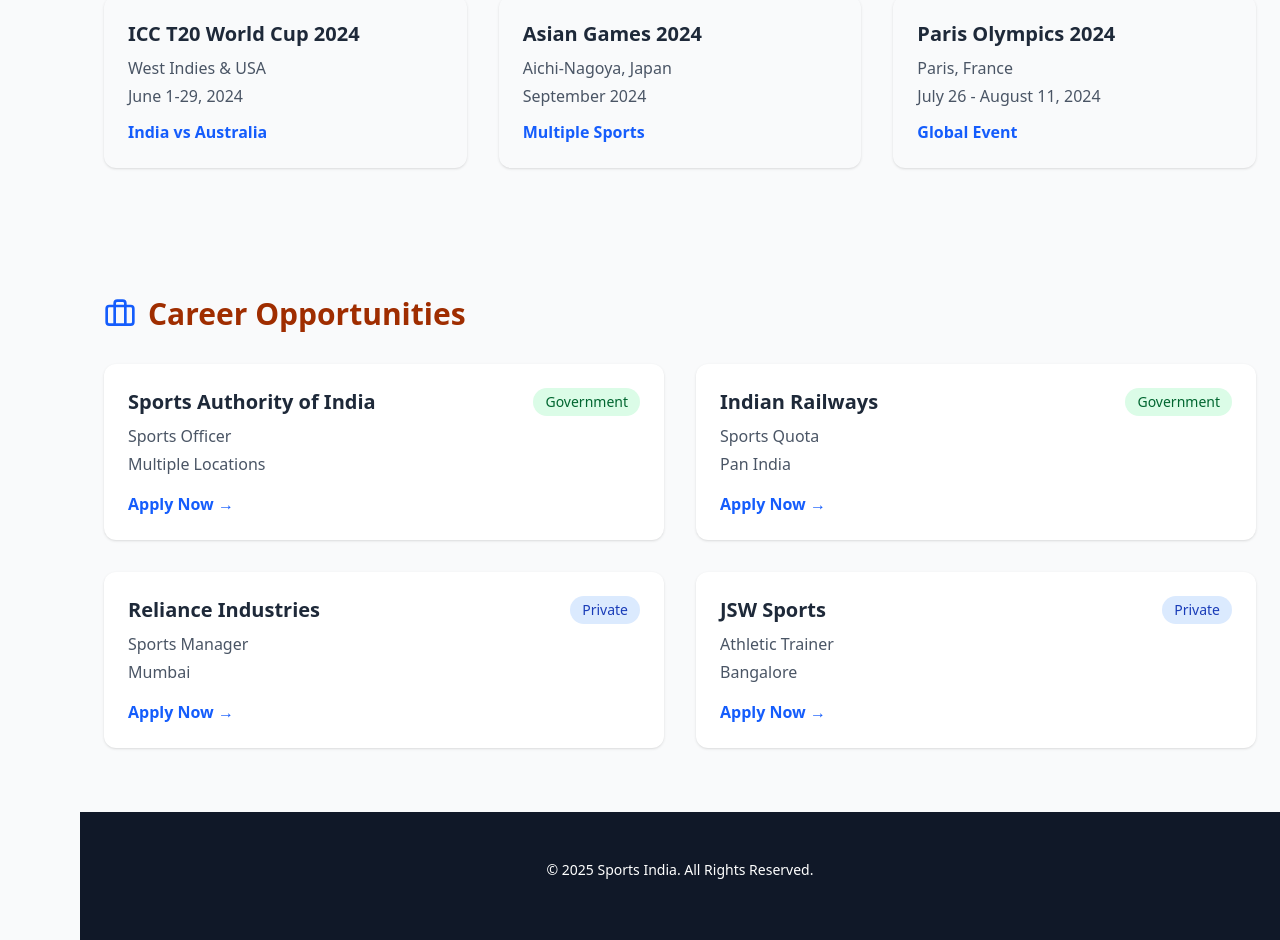
Repository: Shovon0004/Athlete
Page: / (app in Athlete/), after clicking the first element matching `button.hover\:bg-orange-700`
An editor plug-in stored every save of this project. The page is shown before and after the next save, followed by the edit.
The browser window is 1280 px wide. The pictures show the part of the page from y = 736 to 1688 px (the page is 1676 px tall before and 1688 px after).
The page's requests for data from a server got no answer. The project was rebuilt for these pictures with package versions that can differ from the ones it lists, and the page was loaded fresh each time. No one was signed in, and anything a server would have sent is missing. Also part of the build but not shown: Athlete/vite.config.js.

Above is the page before, as saved 2025-01-26 12:48:26.

### Athlete/src/App.jsx
import { useState } from 'react'
import SideNavbar from './components/SideNavbar'
import HeroPage from './components/HeroPage'

import './App.css'

function App() {


  return (
    <>
      <SideNavbar />
      <HeroPage />
    </>
  )
}

export default App

### Athlete/src/components/SideNavbar.jsx
import React, { useState } from 'react';
import {
  Home,
  User,
  BarChart2,
  Shield,
  DollarSign,
  Menu
} from 'lucide-react';

const SideNavbar = () => {
  const [isExpanded, setIsExpanded] = useState(false);

  const navItems = [
    { icon: Home, label: 'Dashboard', href: '/' },
    { icon: User, label: 'Athletes', href: '/athletes' },
    { icon: BarChart2, label: 'Performance', href: '/performance' },
    { icon: Shield, label: 'Injuries', href: '/injuries' },
    { icon: DollarSign, label: 'Financial', href: '/financial' }
  ];

  return (
    <div
      className={`h-screen bg-gray-900 text-white transition-all duration-300
        ${isExpanded ? 'w-64' : 'w-20'} fixed left-0 top-0 z-50`}
    >
      <div className="flex flex-col h-full">
        {/* Logo & Toggle */}
        <div className="flex items-center justify-between p-4  border-orange-700">
          {isExpanded && (
            <div className="text-xl font-bold">Athlete Hub</div>
          )}
          <button
            onClick={() => setIsExpanded(!isExpanded)}
            className="hover:bg-orange-700 p-2 rounded"
          >
            <Menu />
          </button>
        </div>

        {/* Navigation Items */}
        <nav className="flex-grow mt-4">
          <ul className="space-y-2">
            {navItems.map((item, index) => (
              <li key={index}>
                <a
                  href={item.href}
                  className={`flex items-center p-3 hover:bg-orange-700
                    ${isExpanded ? 'justify-start px-6' : 'justify-center'}`}
                >
                  <item.icon className="mr-4" />
                  {isExpanded && <span>{item.label}</span>}
                </a>
              </li>
            ))}
          </ul>
        </nav>
      </div>
    </div>
  );
};

export default SideNavbar;

### Athlete/src/components/HeroPage.jsx
import React from 'react';
import { ChevronLeft, ChevronRight, Medal, Calendar, Briefcase } from 'lucide-react';
import axios from 'axios';

import SportsPage from './SportsPage';

const schemes = [
  {
    title: "Khelo India Youth Games",
    description: "Supporting young athletes with annual scholarships of ₹5 lakhs",
    image: "https://images.unsplash.com/photo-1461896836934-ffe607ba8211?auto=format&fit=crop&q=80&w=2070"
  },
  {
    title: "Target Olympic Podium Scheme (TOPS)",
    description: "Elite athlete support program for Olympic preparation",
    image: "https://www.manoramayearbook.in/content/dam/yearbook/learn/world/images/2020/mar/Olympics-2021.jpg"
  },
  {
    title: "National Sports Development Fund",
    description: "Financial assistance for sports infrastructure and training",
    image: "https://images.unsplash.com/photo-1517649763962-0c623066013b?auto=format&fit=crop&q=80&w=2070"
  }
];

const upcomingMatches = [
  {
    event: "ICC T20 World Cup 2024",
    location: "West Indies & USA",
    date: "June 1-29, 2024",
    teams: "India vs Australia"
  },
  {
    event: "Asian Games 2024",
    location: "Aichi-Nagoya, Japan",
    date: "September 2024",
    teams: "Multiple Sports"
  },
  {
    event: "Paris Olympics 2024",
    location: "Paris, France",
    date: "July 26 - August 11, 2024",
    teams: "Global Event"
  }
];

const jobOpportunities = [
  {
    company: "Sports Authority of India",
    position: "Sports Officer",
    type: "Government",
    location: "Multiple Locations"
  },
  {
    company: "Indian Railways",
    position: "Sports Quota",
    type: "Government",
    location: "Pan India"
  },
  {
    company: "Reliance Industries",
    position: "Sports Manager",
    type: "Private",
    location: "Mumbai"
  },
  {
    company: "JSW Sports",
    position: "Athletic Trainer",
    type: "Private",
    location: "Bangalore"
  }
];

function HeroPage() {
  const [currentScheme, setCurrentScheme] = React.useState(0);

  const nextScheme = () => {
    setCurrentScheme((prev) => (prev + 1) % schemes.length);
  };

  const prevScheme = () => {
    setCurrentScheme((prev) => (prev - 1 + schemes.length) % schemes.length);
  };


  return (
    <div className="min-h-screen bg-gray-50 pl-20 dark:bg-gray-900">
      {/* Hero Section with Schemes Slider */}
      <div className="relative h-[600px] overflow-hidden">
        <div
          className="absolute inset-0 transition-transform duration-500 ease-in-out"
          style={{
            backgroundImage: `url(${schemes[currentScheme].image})`,
            backgroundSize: 'cover',
            backgroundPosition: 'center',
          }}
        >
          <div className="absolute inset-0  bg-opacity-50">
            <div className="container mx-auto px-6 h-full flex items-center">
              <div className="text-white max-w-3xl">
                <h1 className="text-5xl font-bold mb-4">{schemes[currentScheme].title}</h1>
                <p className="text-xl mb-8">{schemes[currentScheme].description}</p>
                <button className="bg-orange-700 hover:bg-orange-800 text-white px-8 py-3 rounded-lg font-semibold">
                  Learn More
                </button>
              </div>
            </div>
          </div>
        </div>
        <button
          onClick={prevScheme}
          className="absolute left-4 top-1/2 -translate-y-1/2 bg-white/30 p-2 rounded-full hover:bg-white/50 transition-colors"
        >
          <ChevronLeft className="w-6 h-6 text-white" />
        </button>
        <button
          onClick={nextScheme}
          className="absolute right-4 top-1/2 -translate-y-1/2 bg-white/30 p-2 rounded-full hover:bg-white/50 transition-colors"
        >
          <ChevronRight className="w-6 h-6 text-white" />
        </button>
      </div>

      {/* Upcoming Matches Section */}
      <section className="py-16 ">
        <div className="container mx-auto px-6">
          <div className="flex items-center mb-8">
            <Calendar className="w-8 h-8 text-blue-600 mr-3" />
            <h2 className="text-3xl font-bold text-orange-800">Upcoming Matches</h2>
          </div>
          <div className="grid md:grid-cols-3 gap-8">
            {upcomingMatches.map((match, index) => (
              <div key={index} className="bg-gray-50 rounded-xl p-6 shadow-sm hover:shadow-md transition-shadow">
                <h3 className="text-xl font-semibold text-gray-800 mb-2">{match.event}</h3>
                <p className="text-gray-600 mb-1">{match.location}</p>
                <p className="text-gray-600 mb-3">{match.date}</p>
                <p className="text-blue-600 font-semibold">{match.teams}</p>
              </div>
            ))}
          </div>
        </div>
      </section>

      {/* Career Opportunities Section */}
      <section className="py-16 bg-gray-50 dark:bg-gray-900">
        <div className="container mx-auto px-6 ">
          <div className="flex items-center mb-8 ">
            <Briefcase className="w-8 h-8 text-blue-600 mr-3" />
            <h2 className="text-3xl font-bold text-orange-800">Career Opportunities</h2>
          </div>
          <div className="grid md:grid-cols-2 gap-8 ">
            {jobOpportunities.map((job, index) => (
              <div key={index} className="bg-white rounded-xl p-6 shadow-sm hover:shadow-md transition-shadow">
                <div className="flex justify-between items-start">
                  <div>
                    <h3 className="text-xl font-semibold text-gray-800 mb-2">{job.company}</h3>
                    <p className="text-gray-600 mb-1">{job.position}</p>
                    <p className="text-gray-600">{job.location}</p>
                  </div>
                  <span className={`px-3 py-1 rounded-full text-sm font-medium ${
                    job.type === 'Government' ? 'bg-green-100 text-green-800' : 'bg-blue-100 text-blue-800'
                  }`}>
                    {job.type}
                  </span>
                </div>
                <button className="mt-4 text-blue-600 font-semibold hover:text-blue-700">
                  Apply Now →
                </button>
              </div>
            ))}
          </div>
        </div>
      </section>
      <footer className="bg-gray-900 text-white py-8">
      {/* Footer Bottom */}
      <div className="bg-gray-900 text-center py-4">
        <p className="text-sm">© 2025 Sports India. All Rights Reserved.</p>
        </div>
        <SportsPage />
    </footer>
    </div>
  );
}

export default HeroPage;

### Athlete/src/components/SportsPage.jsx
import React from 'react'

export default function SportsPage() {
  return (
    <div>
      <div className='container my-3'>

      </div>
    </div>
  )
}

Loaded but not shown: Athlete/index.html (common file); Athlete/src/main.jsx (common file); Athlete/src/index.css (common file); Athlete/src/App.css (common file)

After the next save:
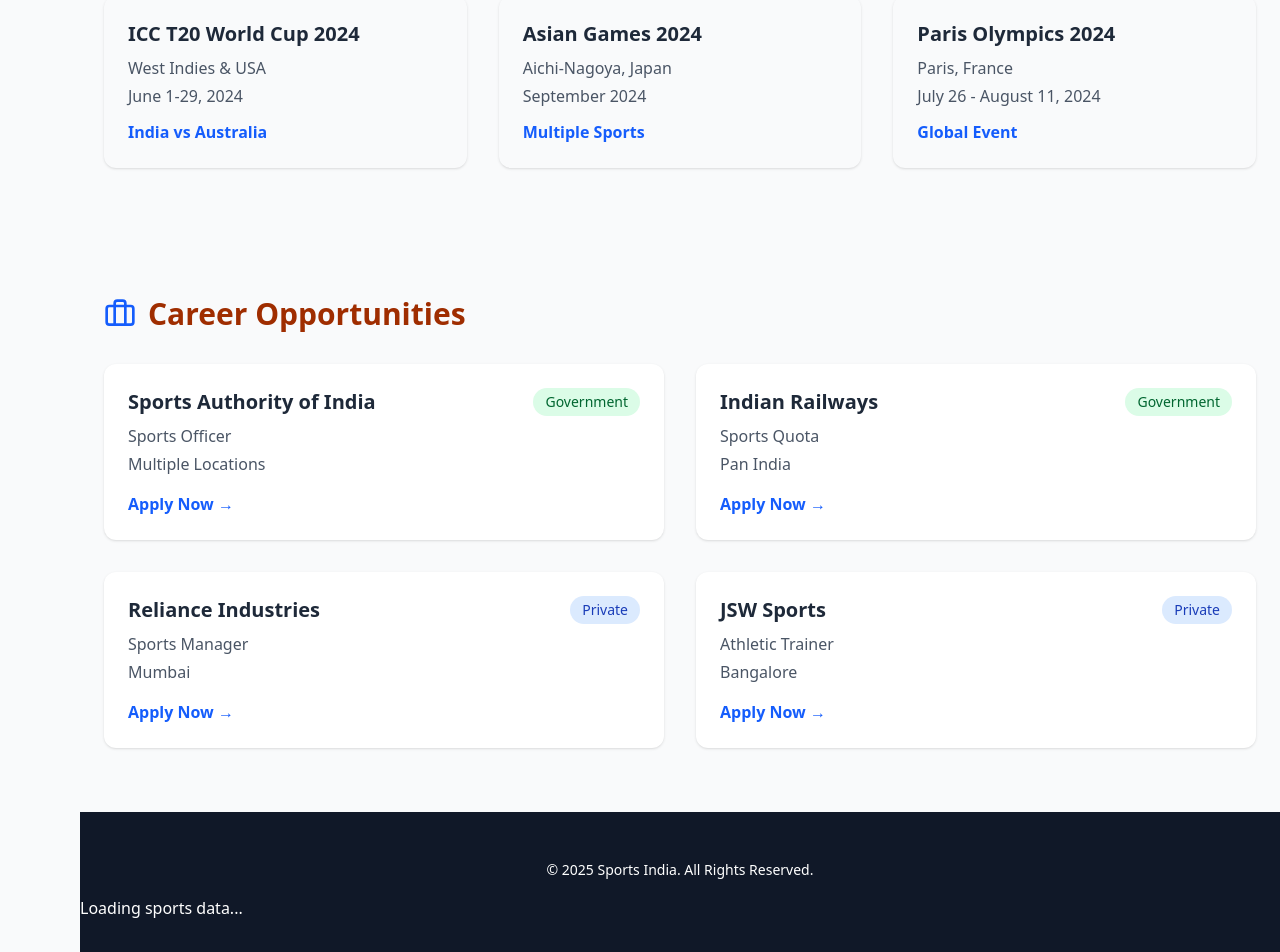
Saved 15 min 26 s later.
--- a/Athlete/src/components/SportsPage.jsx
+++ b/Athlete/src/components/SportsPage.jsx
@@ -1,11 +1,35 @@
-import React from 'react'
+import React, { useState, useEffect } from 'react';
+import axios from 'axios';
 
-export default function SportsPage() {
+const SportsPage = () => {
+  const [commData, setCommData] = useState(null);
+
+  useEffect(() => {
+    const fetchCommData = async () => {
+      try {
+        const response = await axios.get('https://cricbuzz-cricket.p.rapidapi.com/mcenter/v1/41881/comm', {
+          headers: {
+            'x-rapidapi-host': 'cricbuzz-cricket.p.rapidapi.com',
+            'x-rapidapi-key': '8b86613ae2msh4771cf9f202aaf6p10c215jsnd54097c8f0e1'
+          }
+        });
+        setCommData(response.data);
+      } catch (error) {
+        console.error('Error fetching sports data:', error);
+      }
+    };
+    fetchCommData();
+  }, []);
+
   return (
     <div>
-      <div className='container my-3'>
+      {commData ? (
+        <pre>{JSON.stringify(commData, null, 2)}</pre>
+      ) : (
+        <p>Loading sports data...</p>
+      )}
+    </div>
+  );
+};
 
-      </div>
-    </div>
-  )
-}
+export default SportsPage;
